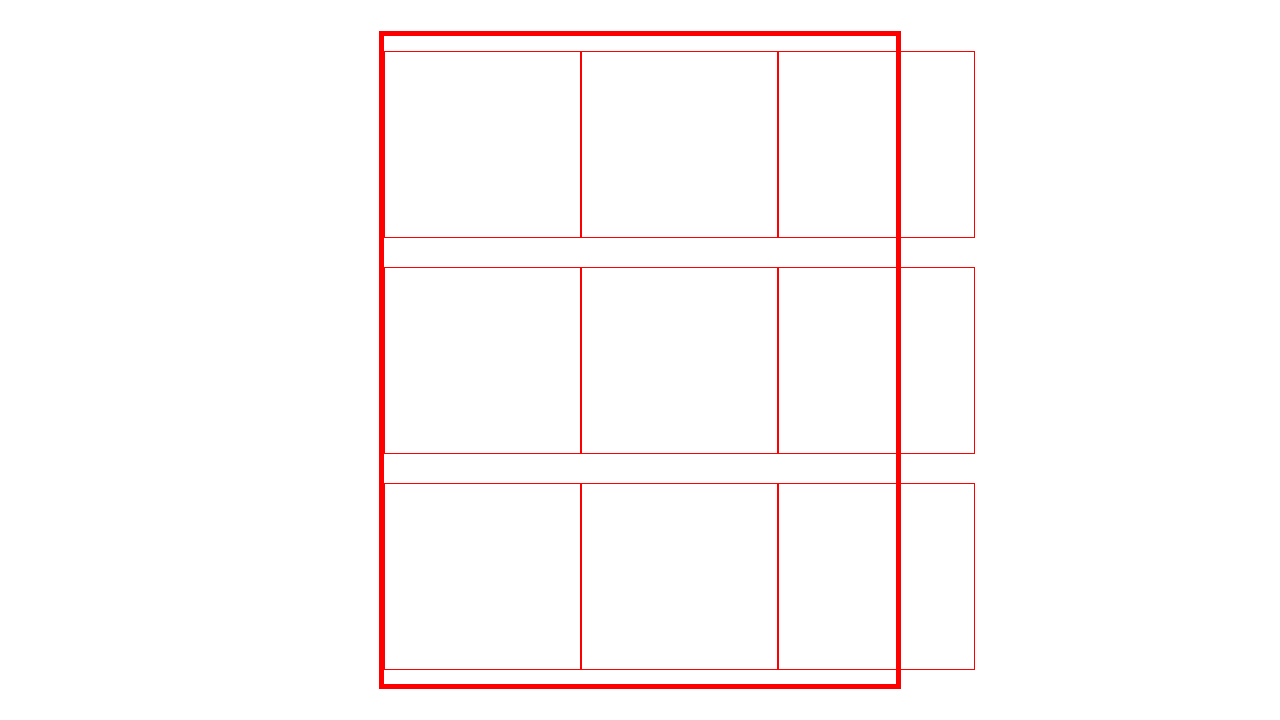
Repository: kocokoy/TOP-tic-tac-toe
Page: index.html
The author's editor kept a copy of each file at every save. The page is drawn from the files as they stood at one save, then again after the next save.
The browser window is 1280 px wide. The pictures show the whole page.

Above is the page before, as saved 2024-11-07 14:49:56.

### index.html
<!DOCTYPE html>
<html lang="en">
<head>
  <meta charset="UTF-8">
  <meta name="viewport" content="width=device-width, initial-scale=1.0">
  <link rel="stylesheet" href="/styles/style.css">
  <title>Document</title>
</head>
<body>
 <div class='container'>
  <div class="gameboard">

  </div>
 </div>
<script src="/javascripts/scripts.js"></script>
</body>
</html>

### styles/style.css
body{
  padding: 0;
  margin: 0;
  height: 100vh;
  font-family: Arial, Helvetica, sans-serif;
}
.container{
  height:100%;
  display: flex;
  justify-content: center;
  align-items: center;
}
.gameboard{
  display: grid;
  grid-template-columns: 1fr 1fr 1fr;
  justify-items: center;
  align-items: center;
  border: 5px solid red;
  width: 40%;
  height: 90%;
}
.gameboard div{
  border: 1px solid red;
  height:185px;
  width: 195px;
  cursor: pointer;
  color: tomato;
  display: flex;
  justify-content: center;
  align-items: center;
  font-size: 10rem;
}

### javascripts/scripts.js
const gameBoardElement = document.querySelector('.gameboard');

const gameBoard = {
  gameBoard : ['','','','','','','','','']
}
const players = {
  player1: 'X',
  player2: 'O',
}

startGame();

function startGame(){
  createGameBoard();
  gameBoardBoxClicked();
}

function createGameBoard(){
  for(let i = 0; i < 9; i++){
    const div = document.createElement('div');
    div.setAttribute('data-id',i);
    gameBoardElement.appendChild(div);
  }
}

function gameBoardBoxClicked(){
  gameBoardElement.addEventListener('click', (e) => {
    const boxClicked = e.target;
    boxClicked.textContent = 'X'
  })
}

After the next save:
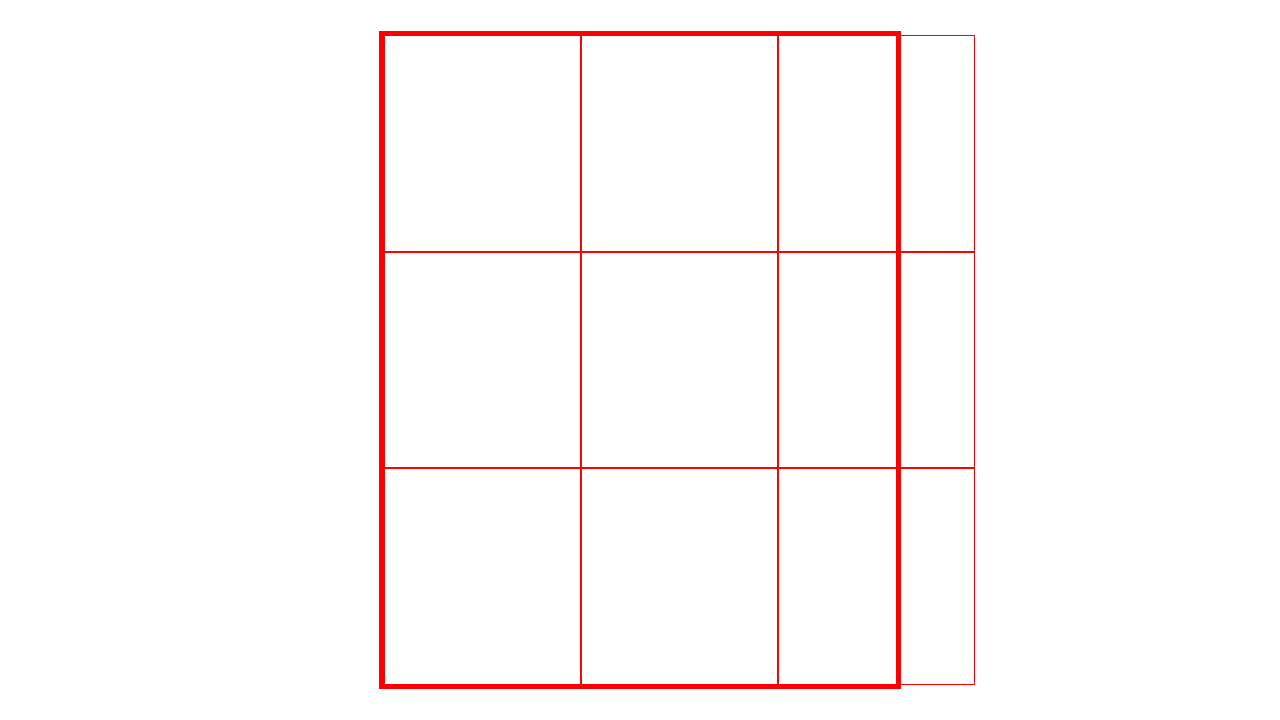
Saved 19 s later.
--- a/styles/style.css
+++ b/styles/style.css
@@ -21,7 +21,7 @@ body{
 }
 .gameboard div{
   border: 1px solid red;
-  height:185px;
+  height:100%;
   width: 195px;
   cursor: pointer;
   color: tomato;
